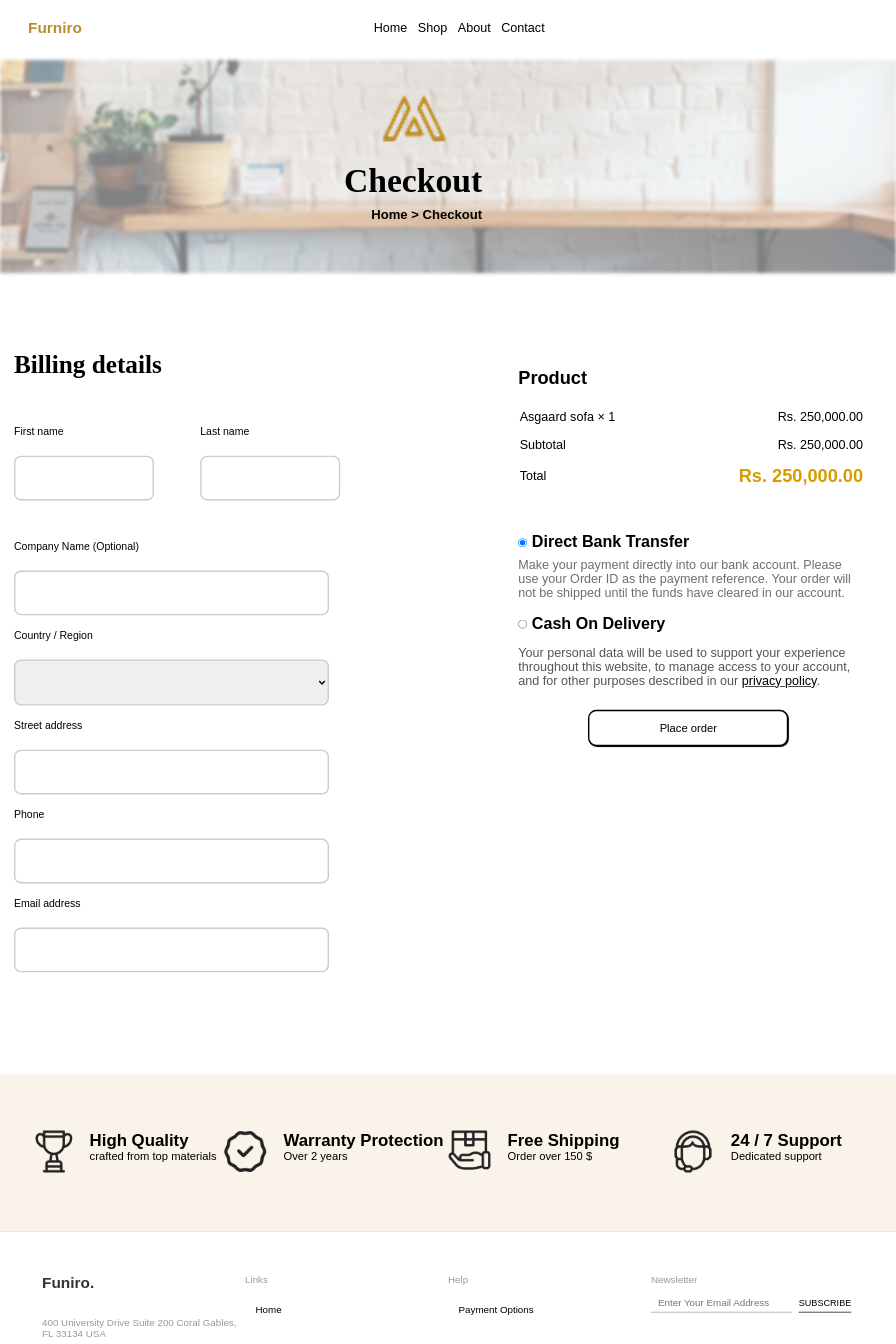
Repository: Ali1Kh/Furniro-ITI
Page: pages/checkout.html
These files come from the project's save history. The page is drawn as it stood at one moment and after a run of saves; the edit follows.
The browser window is 1280 px wide. The pictures show the part of the page from y = 0 to 1920 px (the page is 2169 px tall before and 2752 px after), at 70% of full size.

Above is the page before, as saved 2025-07-19 20:29:00.

After the next 3 saves:
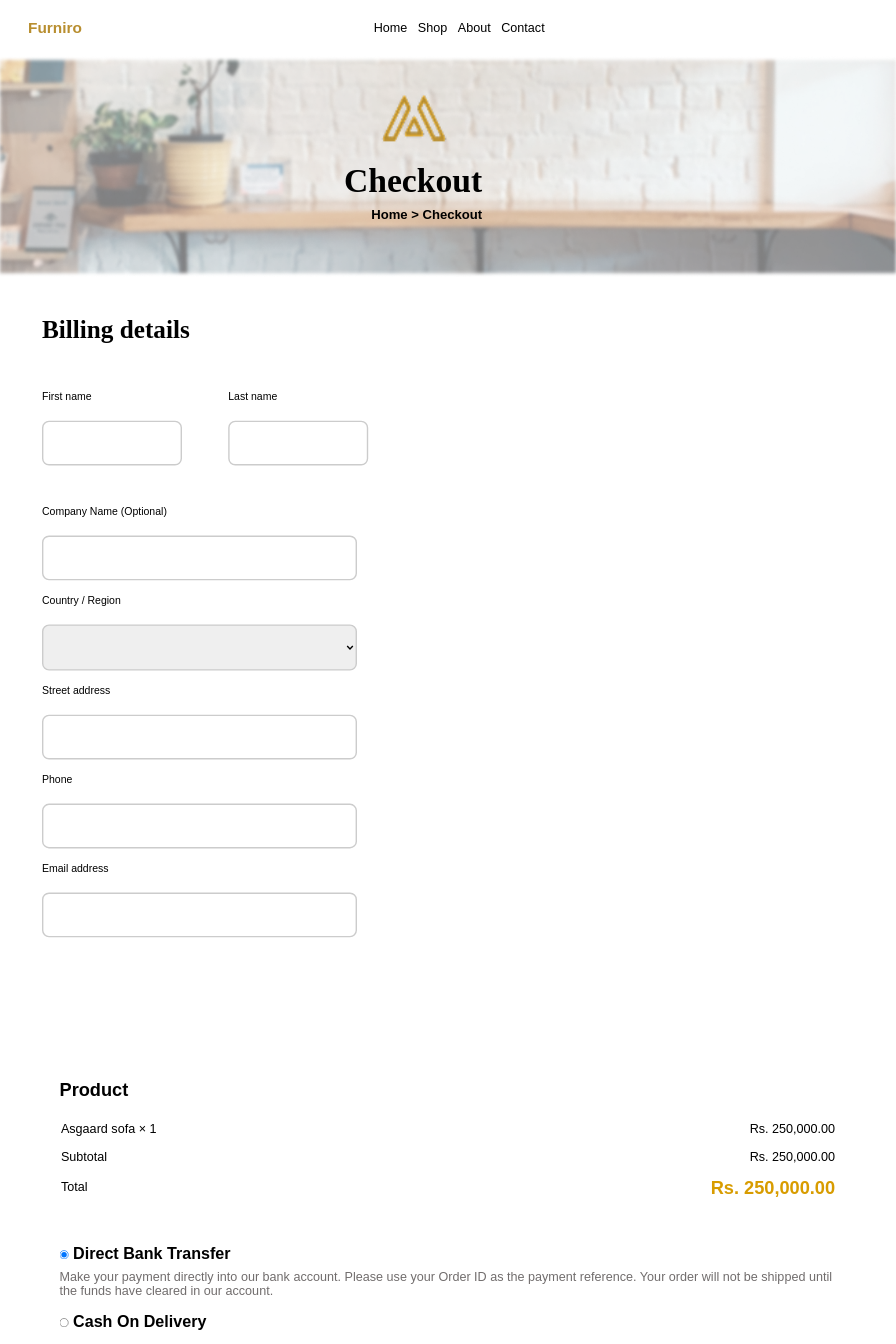
The 3 saves are shown as one change because they came seconds apart.
The last was saved 89 s later.
--- a/styles/checkout.css
+++ b/styles/checkout.css
@@ -93,7 +93,7 @@
   left: -50px;
 }
 
-#content {
+/* #content {
   display: flex;
   justify-content: space-between;
   gap: 8rem;
@@ -104,6 +104,26 @@
 
 .form {
   width: 50%;
+} */
+
+
+
+
+
+
+
+#content {
+  display: flex;
+  justify-content: space-between;
+  flex-wrap: wrap; /* مهم جدا */
+  gap: 2rem;
+  max-width: 1200px;
+  margin: auto;
+  padding: 50px 20px;
+}
+
+.form, .table {
+  flex: 1 1 100%; /* هتكون عمودين فوق بعض مبدئياً */
 }
 
 .form h1 {
